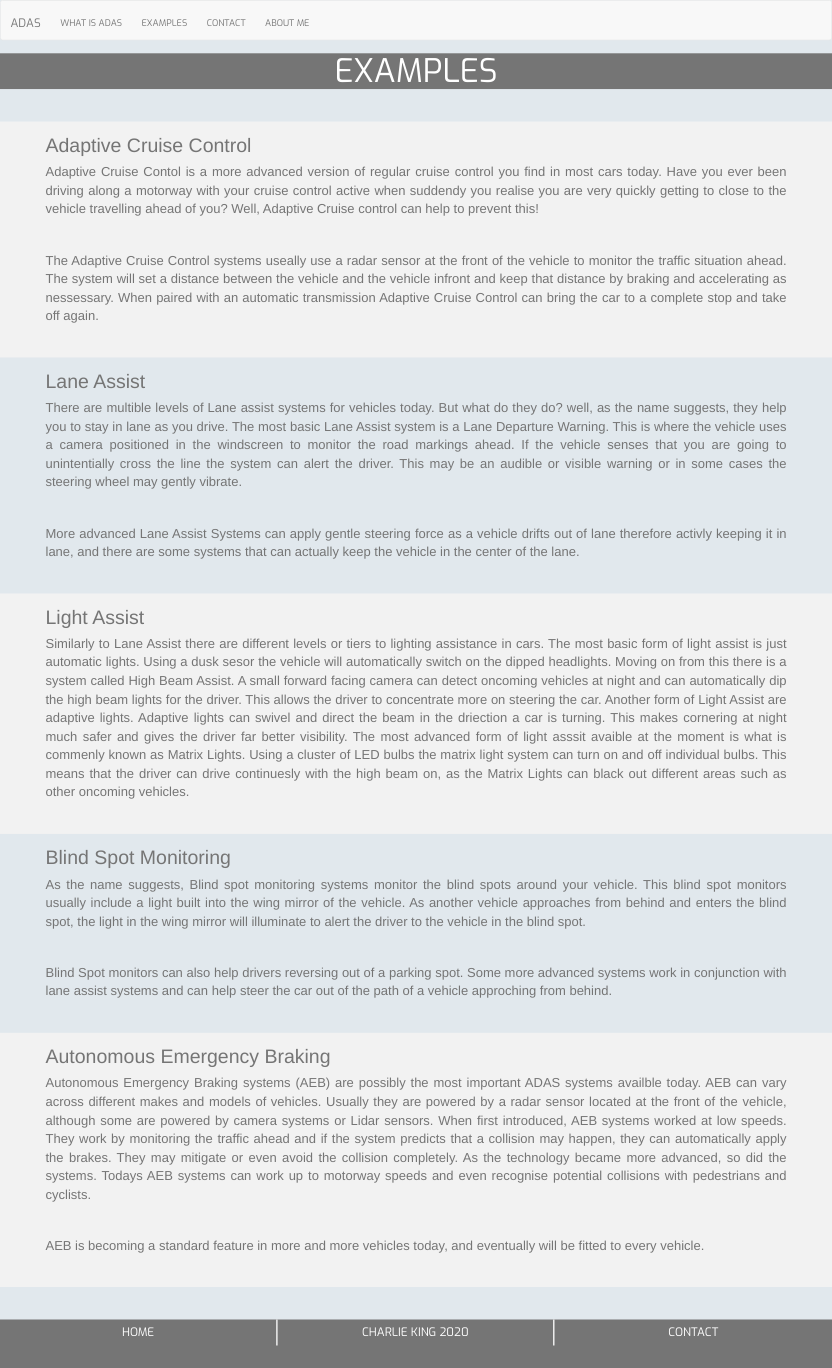
Repository: Cha-K28/First-Milestone-Project
Page: examples.html
The author's editor kept a record of every edit. The page is drawn from the files as they stood at one moment, then again after the next edit.
The browser window is 1280 px wide. The pictures show the whole page, at 65% of full size.

Above is the page before.

### examples.html
<!DOCTYPE html>
<html lang="en">

<head>
    <meta charset="utf-8">
    <meta name="viewport" content="width=device-width, initial-scale=1">
    <link rel="stylesheet" href="https://maxcdn.bootstrapcdn.com/bootstrap/3.4.1/css/bootstrap.min.css">
    <script src="https://ajax.googleapis.com/ajax/libs/jquery/3.4.1/jquery.min.js"></script>
    <script src="https://maxcdn.bootstrapcdn.com/bootstrap/3.4.1/js/bootstrap.min.js"></script>
    <link href="https://fonts.googleapis.com/css?family=Exo&display=swap" rel="stylesheet">

    <link rel="stylesheet" href="css/style.css" type="text/css" />
    <title>ADAS - What is it?</title>
</head>

<body>
    <!-- header  -->
    <header>
        <nav class="navbar navbar-default">
            <div class="container-fluid">
                <div class="navbar-header">

                    <button type="button" class="navbar-toggle" data-toggle="collapse" data-target="#myNavbar">
                        <span class="icon-bar"></span>
                        <span class="icon-bar"></span>
                        <span class="icon-bar"></span>
                    </button>

                    <a class="navbar-brand" href="index.html">ADAS</a>
                </div>
                <div class="collapse navbar-collapse" id="myNavbar">
                    <ul class="nav navbar-nav">
                        <li><a href="what_is_adas.html">What is ADAS</a></li>
                        <li><a href="examples.html">Examples</a></li>
                        <li><a href="contact.html">Contact</a></li>
                        <li><a href="about_me.html">About Me</a></li>
                    </ul>
                </div>
        </nav>
    </header>
    <!-- End header  -->

    <h1>Examples</h1>


    <div class="bright_background">
        <div class="container">

            <div>

                <h2>Adaptive Cruise Control</h2>
                <p>
                    Adaptive Cruise Contol is a more advanced version of regular cruise control you find in most cars today. Have you ever been driving along a motorway with your cruise control active when suddendy you realise you are very quickly getting to close to the
                    vehicle travelling ahead of you? Well, Adaptive Cruise control can help to prevent this!
                </p>
                <p>
                    The Adaptive Cruise Control systems useally use a radar sensor at the front of the vehicle to monitor the traffic situation ahead. The system will set a distance between the vehicle and the vehicle infront and keep that distance by braking and accelerating
                    as nessessary. When paired with an automatic transmission Adaptive Cruise Control can bring the car to a complete stop and take off again.
                </p>
            </div>

        </div>
    </div>

    <div class="container">

        <h2>Lane Assist</h2>

        <p>
            There are multible levels of Lane assist systems for vehicles today. But what do they do? well, as the name suggests, they help you to stay in lane as you drive. The most basic Lane Assist system is a Lane Departure Warning. This is where the vehicle
            uses a camera positioned in the windscreen to monitor the road markings ahead. If the vehicle senses that you are going to unintentially cross the line the system can alert the driver. This may be an audible or visible warning or in some cases
            the steering wheel may gently vibrate.
        </p>

        <p>
            More advanced Lane Assist Systems can apply gentle steering force as a vehicle drifts out of lane therefore activly keeping it in lane, and there are some systems that can actually keep the vehicle in the center of the lane.
        </p>

    </div>



    <div class="bright_background">

        <div class="container">

            <div>
                <h2>Light Assist</h2>
                <p>
                    Similarly to Lane Assist there are different levels or tiers to lighting assistance in cars. The most basic form of light assist is just automatic lights. Using a dusk sesor the vehicle will automatically switch on the dipped headlights. Moving on from
                    this there is a system called High Beam Assist. A small forward facing camera can detect oncoming vehicles at night and can automatically dip the high beam lights for the driver. This allows the driver to concentrate more on steering
                    the car. Another form of Light Assist are adaptive lights. Adaptive lights can swivel and direct the beam in the driection a car is turning. This makes cornering at night much safer and gives the driver far better visibility. The most
                    advanced form of light asssit avaible at the moment is what is commenly known as Matrix Lights. Using a cluster of LED bulbs the matrix light system can turn on and off individual bulbs. This means that the driver can drive continuesly
                    with the high beam on, as the Matrix Lights can black out different areas such as other oncoming vehicles.

                </p>
            </div>

        </div>

    </div>

    <div class="container">

        <h2>Blind Spot Monitoring</h2>
        <p>
            As the name suggests, Blind spot monitoring systems monitor the blind spots around your vehicle. This blind spot monitors usually include a light built into the wing mirror of the vehicle. As another vehicle approaches from behind and enters the blind
            spot, the light in the wing mirror will illuminate to alert the driver to the vehicle in the blind spot.
        </p>
        <p>
            Blind Spot monitors can also help drivers reversing out of a parking spot. Some more advanced systems work in conjunction with lane assist systems and can help steer the car out of the path of a vehicle approching from behind.
        </p>

    </div>


    <div class="bright_background">

        <div class="container">
            <h2>Autonomous Emergency Braking</h2>
            <p>
                Autonomous Emergency Braking systems (AEB) are possibly the most important ADAS systems availble today. AEB can vary across different makes and models of vehicles. Usually they are powered by a radar sensor located at the front of the vehicle, although
                some are powered by camera systems or Lidar sensors. When first introduced, AEB systems worked at low speeds. They work by monitoring the traffic ahead and if the system predicts that a collision may happen, they can automatically apply
                the brakes. They may mitigate or even avoid the collision completely. As the technology became more advanced, so did the systems. Todays AEB systems can work up to motorway speeds and even recognise potential collisions with pedestrians
                and cyclists.
            </p>
            <p>
                AEB is becoming a standard feature in more and more vehicles today, and eventually will be fitted to every vehicle.
            </p>
        </div>

    </div>


    <!-- footer -->
    <div class="footer">
        <footer class="container-fluid">
            <div class="row">
                <div class="footer_background">
                    <div class="col-sm-4 footer_box">
                        <h4><a href="index.html">Home</a></h4>
                    </div>
                    <div class="col-sm-4 footer_box">
                        <h4>Charlie King 2020</h4>

                    </div>

                    <div class="col-sm-4">
                        <h4><a href="contact.html">Contact</a></h4>

                    </div>
                </div>
            </div>
    </div>


    </footer>

    <!-- End footer -->

</body>

</html>

### css/style.css
body {
  background-color: #e1e8ed;
}



.container {

  font-size: 20px;
  color: #757575;
  text-align: justify;

}

.back-image {
  height: 100%;
  width: 100%;
  padding: 0px;
  border: solid 10px #53f2dd;
  border-radius: 50px;
  margin: 50px 10px 50px 10px;
}

.background-image {
  background-image: url(../images/background.png);
  background-size: cover;
  height: 500px;
  width: auto;
  background-position: center;
  background-repeat: no-repeat;
  margin-bottom: 50px;

}

p {
  margin-bottom: 50px;
}



img {

  margin-left: 75px;
  width: 300px;
  height: 200px;
  border: solid;

}

.bright_background {
  background-color: #f2f2f2;
}


button {
  margin-bottom: 15px;
  border-radius: 25px;
  color: white;
  background-color: #757575;



}


/* ---------------------------------- contact form */

input[type=email] {
  width: 100%;
  background-color: white;
  color: #757575;
  padding: 10px 20px;
  margin: 8px 0;
  border: solid #757575 1px;
  border-radius: 4px;
  cursor: pointer;

}

input[type=text] {
  width: 100%;
  background-color: white;
  color: #757575;
  padding: 10px 20px;
  margin: 8px 0;
  border: solid #757575 1px;
  border-radius: 4px;
  cursor: pointer;

}

input[type=submit] {
  width: 100px;
  height: 30px;
  border-radius: 25%;
  border: solid #757575 1px;
  margin-top: 10px;
  color: white;
  background-color: #757575;
  margin-bottom: 10px;

}

/* ----------------------------------------- Contat Form */



/* ----------------------------footer */

.footer {
  margin-top: 50px ;
}


.footer_background {
  background-color: #757575;
  height: 75px;
  position: relative;
  width: 100%;


}

h4,
a {
  margin-top: 10px;
  text-align: center;
  font-family: 'Exo', sans-serif;
  color: white;
  text-transform: uppercase;
}



@media (Min-Width:768px) {

  .footer_box {
  border-right: solid 2px white;
  }

}




h1 {
  margin-bottom: 50px;
  text-align: center;
  text-transform: uppercase;
  font-size: 50px;
  font-family: 'Exo', sans-serif;
  background-color: #757575;
  color: white;

}

/* ------------------------------footer */

After the next edit:
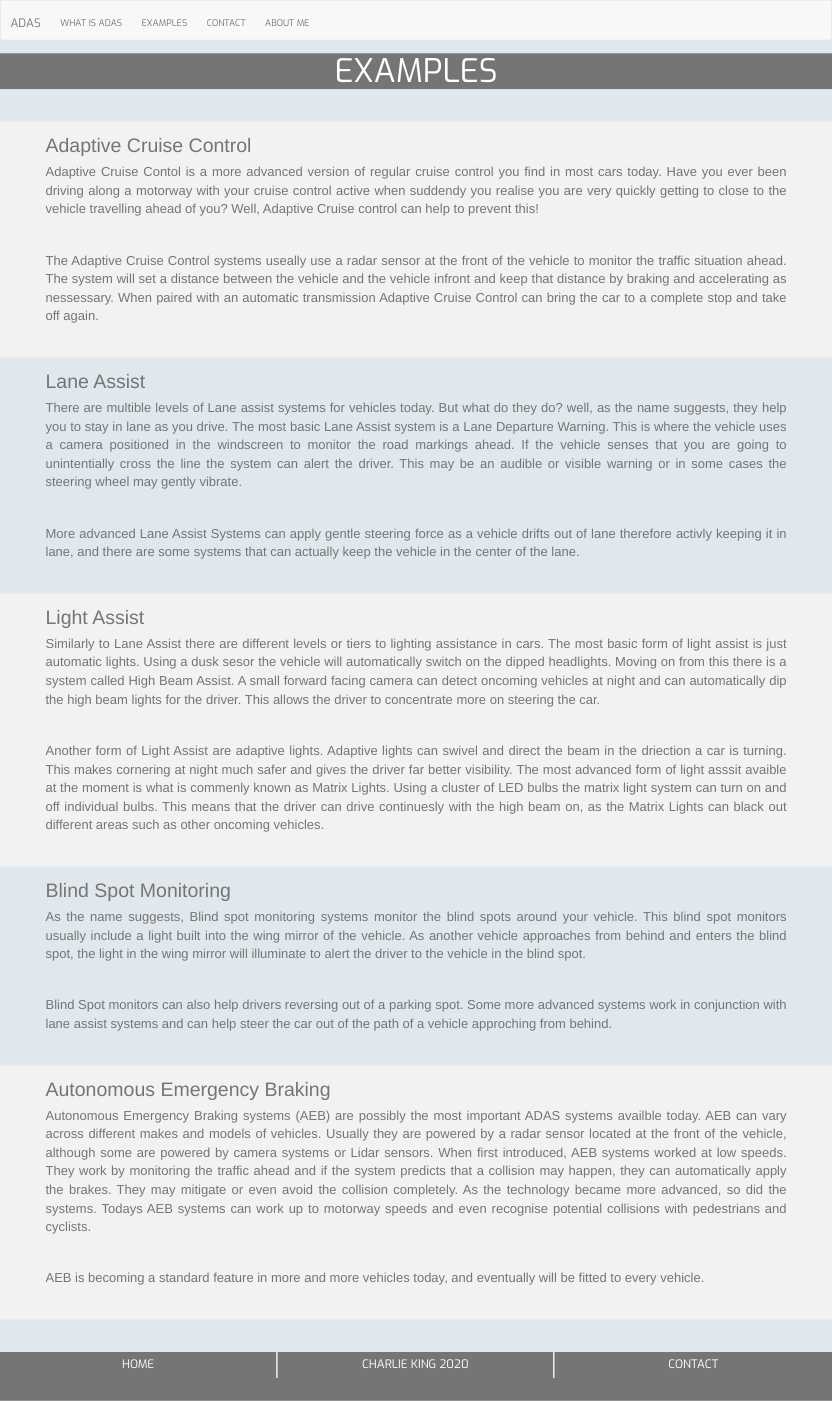
The edit:
--- a/examples.html
+++ b/examples.html
@@ -89,7 +89,10 @@
                 <p>
                     Similarly to Lane Assist there are different levels or tiers to lighting assistance in cars. The most basic form of light assist is just automatic lights. Using a dusk sesor the vehicle will automatically switch on the dipped headlights. Moving on from
                     this there is a system called High Beam Assist. A small forward facing camera can detect oncoming vehicles at night and can automatically dip the high beam lights for the driver. This allows the driver to concentrate more on steering
-                    the car. Another form of Light Assist are adaptive lights. Adaptive lights can swivel and direct the beam in the driection a car is turning. This makes cornering at night much safer and gives the driver far better visibility. The most
+                    the car.
+                </p>
+
+                    <p>Another form of Light Assist are adaptive lights. Adaptive lights can swivel and direct the beam in the driection a car is turning. This makes cornering at night much safer and gives the driver far better visibility. The most
                     advanced form of light asssit avaible at the moment is what is commenly known as Matrix Lights. Using a cluster of LED bulbs the matrix light system can turn on and off individual bulbs. This means that the driver can drive continuesly
                     with the high beam on, as the Matrix Lights can black out different areas such as other oncoming vehicles.
 
